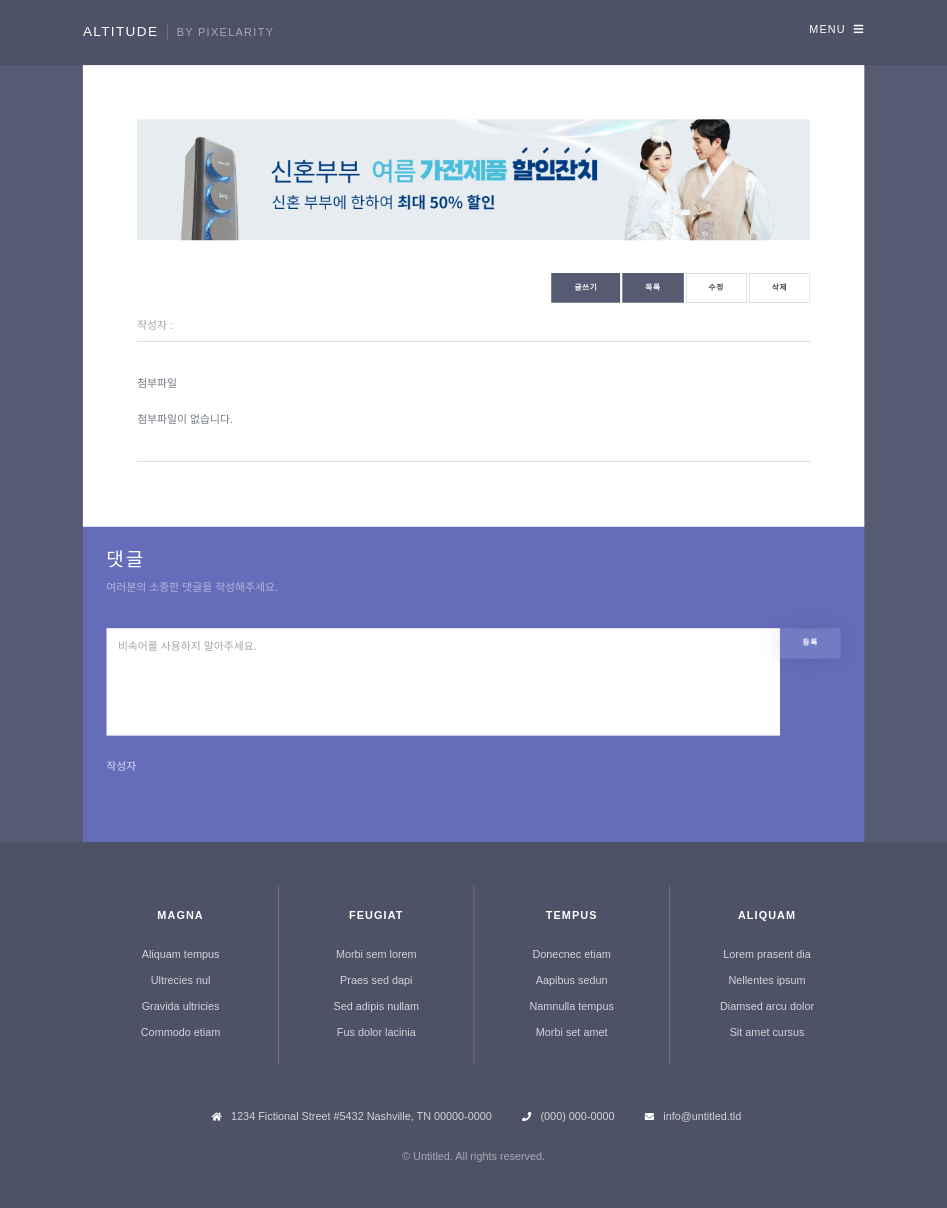
Repository: kkkukkk/Study-JSP
Page: http://localhost/boardMVC/app/board/boardDetail.jsp
An editor plug-in stored every save of this project. The page is shown before and after the next save, followed by the edit.
The browser window is 1280 px wide. The pictures show the whole page, at 74% of full size.
Some web fonts or font styles are not loaded; a fallback is used. The page is served by Tomcat 9.

Above is the page before, as saved 2022-02-25 02:40:40.

After the next save:
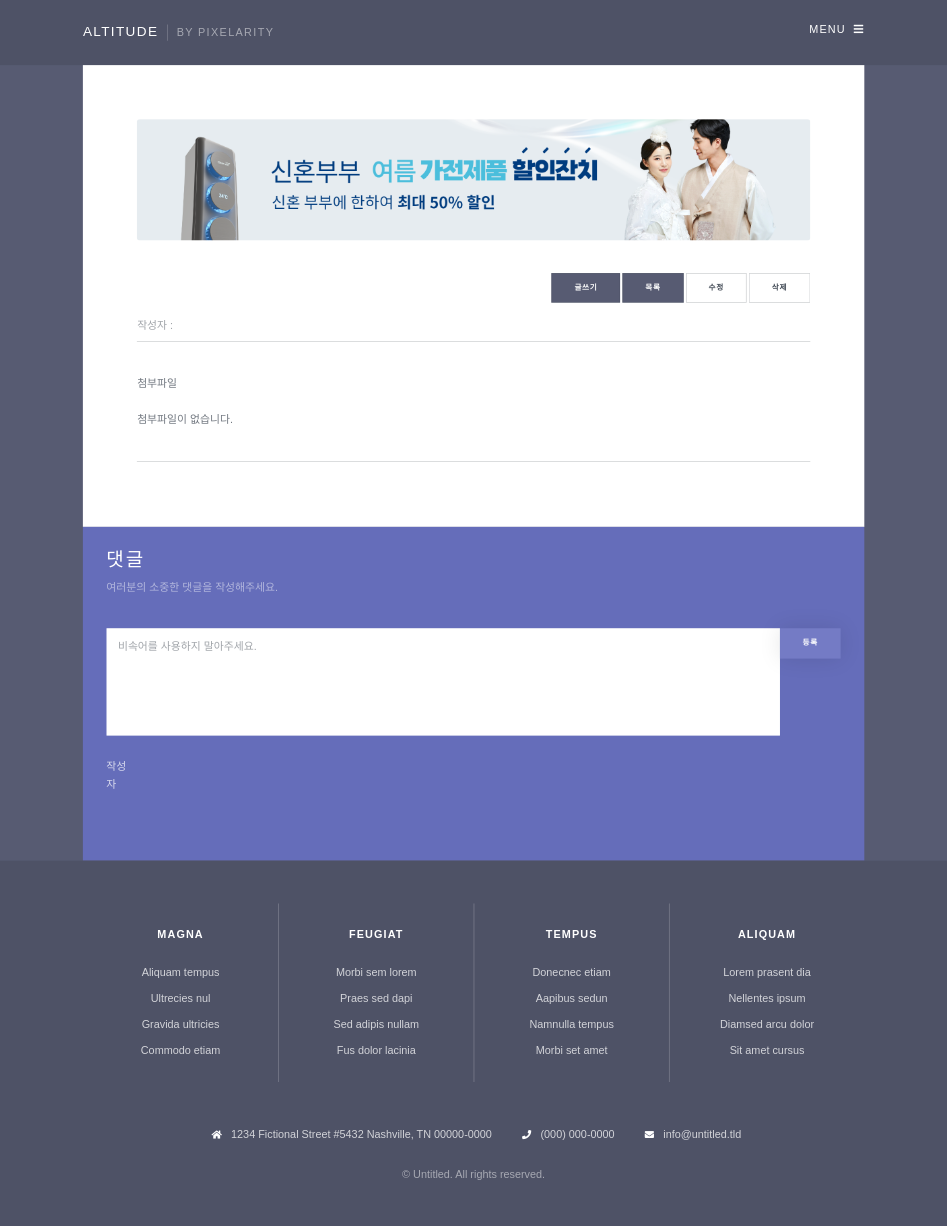
Saved 38 s later.
--- a/workspace/boardMVC/WebContent/app/board/boardDetail.jsp
+++ b/workspace/boardMVC/WebContent/app/board/boardDetail.jsp
@@ -114,7 +114,7 @@
                         <form action="#" id="replies" class="combined" style="flex-direction:column; margin:0; display:contents;">
                         	<div id="reply">
                         		<p id="writer">작성자</p>
-                        		<div>
+                        		<div class="content" style="width:100%">
 
                         		</div>
                         	</div>
